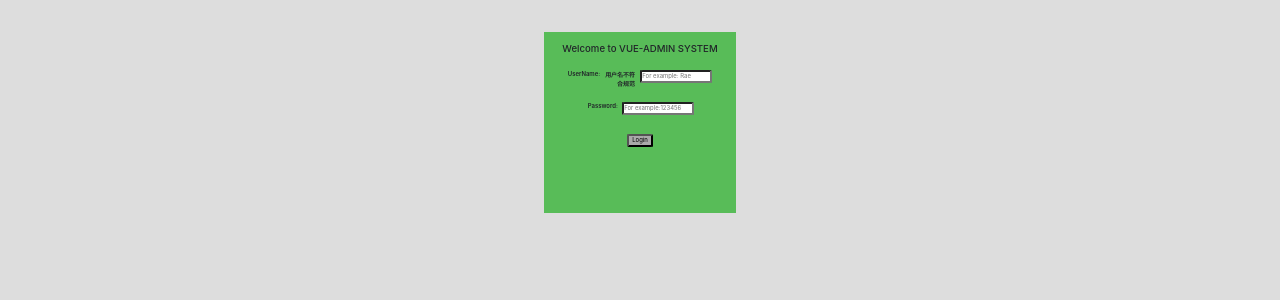
Repository: gzh51904/baiyangApp
Page: / (app in houtai/Vue-admin/)
An editor plug-in stored every save of this project. The page is shown before and after the next save, followed by the edit.
The browser window is 1280 px wide. The pictures show the whole page.
The project was rebuilt for these pictures with package versions that can differ from the ones it lists, and the page was loaded fresh each time. Also part of the build but not shown: houtai/Vue-admin/vue.config.js.

Above is the page before, as saved 2019-05-11 11:09:44.

After the next save:
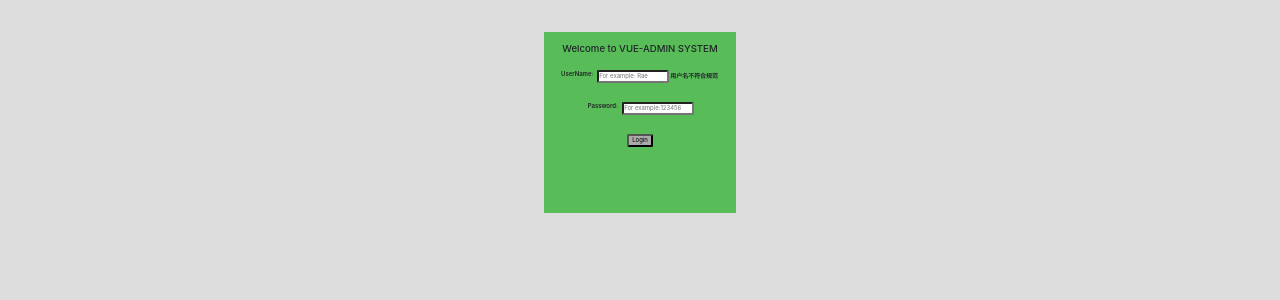
Saved 27 s later.
--- a/houtai/Vue-admin/src/pages/login.vue
+++ b/houtai/Vue-admin/src/pages/login.vue
@@ -5,7 +5,7 @@
         <div class="login-form-item">
             <span>UserName:</span>
             <input type="text" id="username" placeholder="For example: Rae" v-model="username" @blur="checkName">
-            <span class="alert">用户名不符合规范</span>
+            <strong class="alert">用户名不符合规范</strong>
         </div>
         <div  class="login-form-item">
               <span>Password:</span>
